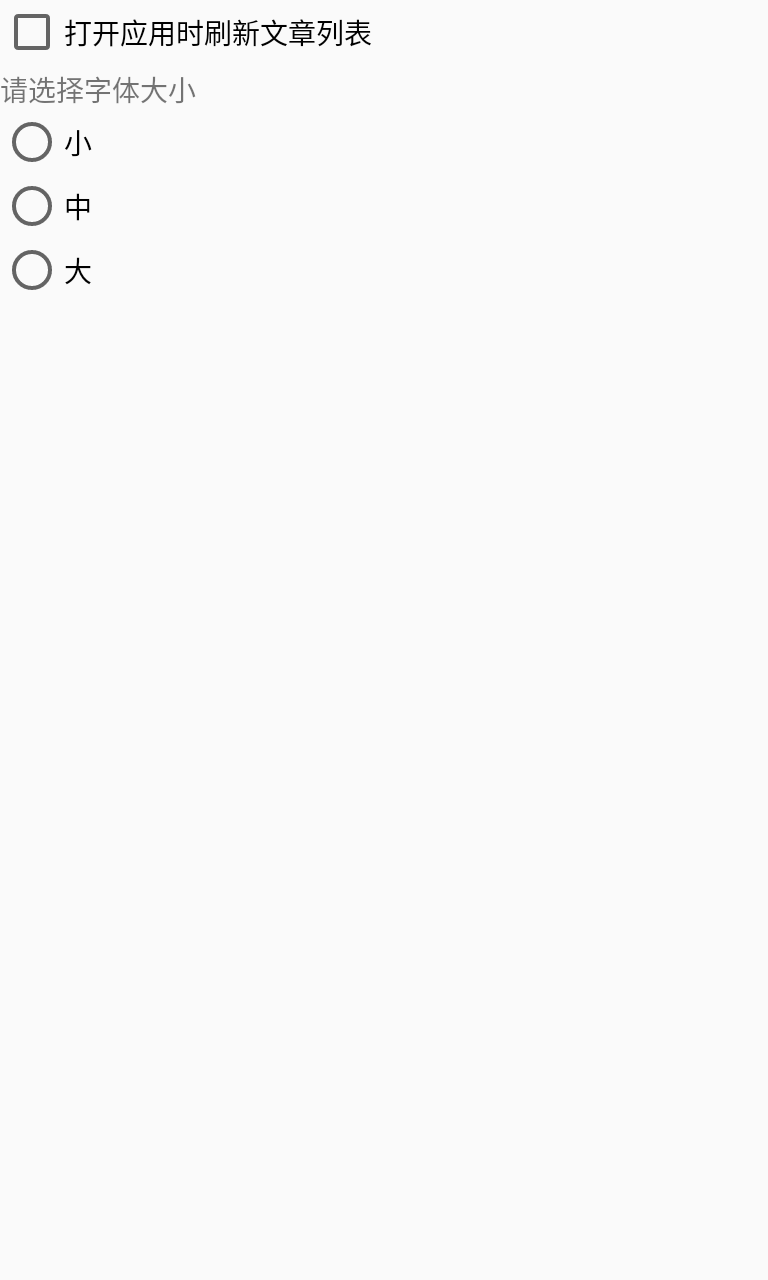
Repository: xdrush/MyRssReader
Layout: MyRssReader/res/layout/setting_show.xml
These files come from the project's save history. The layout is drawn as it stood at one moment and after the next save; the edit follows.
It is drawn on a 768 x 1280 px phone screen (xhdpi) without system bars, with theme AppTheme; the app's code is not run.

Above is the layout before, as saved 2015-07-29 04:04:35.

### MyRssReader/res/layout/setting_show.xml
<?xml version="1.0" encoding="utf-8"?>
<LinearLayout xmlns:android="http://schemas.android.com/apk/res/android"
    android:layout_width="wrap_content"
    android:layout_height="wrap_content"
    android:orientation="vertical" >

    <RelativeLayout
        android:layout_width="fill_parent"
        android:layout_height="wrap_content"
        android:gravity="left" >

        <CheckBox
    	android:id="@+id/checkbox1"
    	android:layout_height="wrap_content"
    	android:layout_width="wrap_content"
    	android:text="打开应用时刷新文章列表" />
    </RelativeLayout>

    <View
        android:layout_width="fill_parent"
        android:layout_height="2dip" />

    <LinearLayout
    	android:orientation="vertical"
        android:layout_width="fill_parent"
        android:layout_height="wrap_content"
        android:gravity="left" >

        <TextView
      		android:layout_width="fill_parent"
      		android:layout_height="wrap_content"
     		android:text="请选择字体大小" />

		<RadioGroup
			android:id="@+id/text_size"
			android:layout_height="wrap_content"
			android:layout_width="wrap_content">

			<RadioButton
                android:id="@+id/text_small"
                android:layout_height="wrap_content"
                android:layout_width="wrap_content"
                android:text="小" ></RadioButton>
            <RadioButton
                android:id="@+id/text_medium"
                android:layout_height="wrap_content"
                android:layout_width="wrap_content"
                android:text="中" ></RadioButton>
            <RadioButton
                android:id="@+id/text_big"
                android:layout_height="wrap_content"
                android:layout_width="wrap_content"
                android:text="大" ></RadioButton>
		</RadioGroup>
    </LinearLayout>

</LinearLayout>

Loaded but not shown: MyRssReader/res/values/styles.xml (common file); MyRssReader/res/values-v11/styles.xml (common file); MyRssReader/res/values-v14/styles.xml (common file)

After the next save:
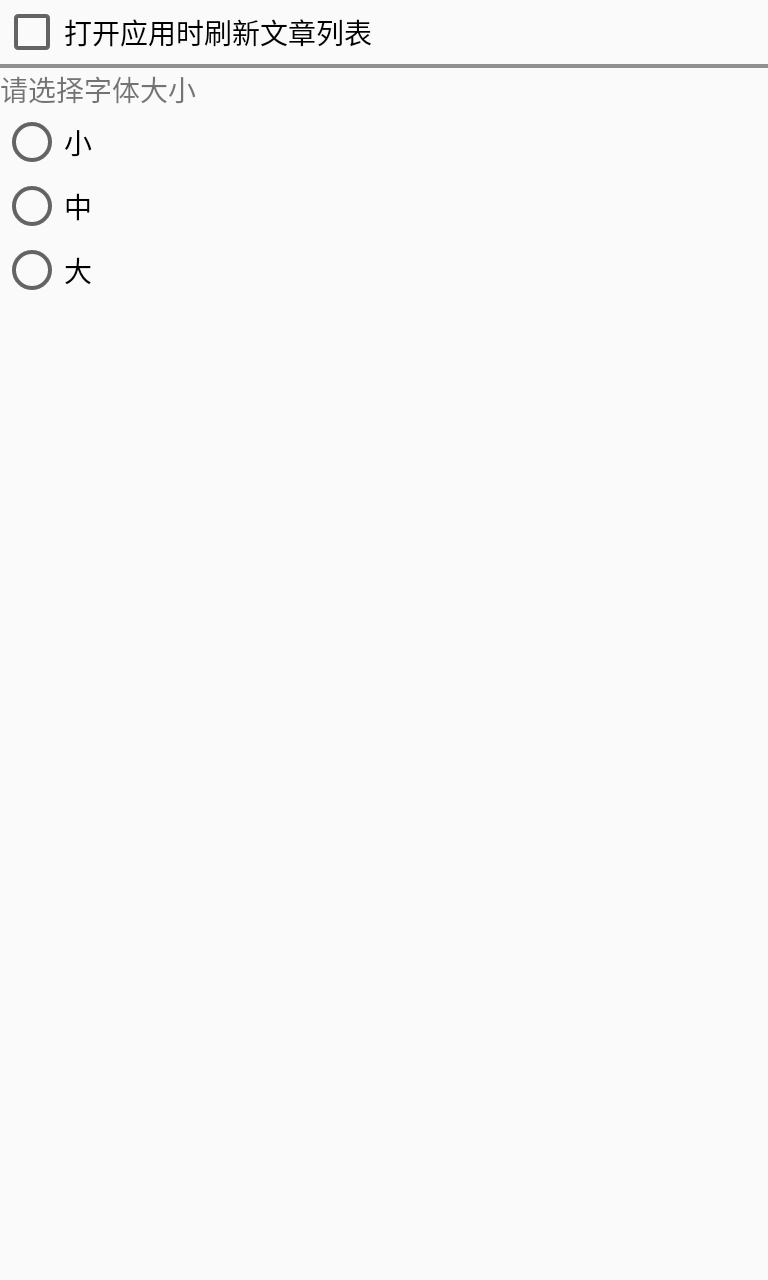
Saved 65 s later.
--- a/MyRssReader/res/layout/setting_show.xml
+++ b/MyRssReader/res/layout/setting_show.xml
@@ -18,7 +18,8 @@
 
     <View
         android:layout_width="fill_parent"
-        android:layout_height="2dip" />
+        android:layout_height="2dip"
+        android:background="#FF909090" />
 
     <LinearLayout
     	android:orientation="vertical"
